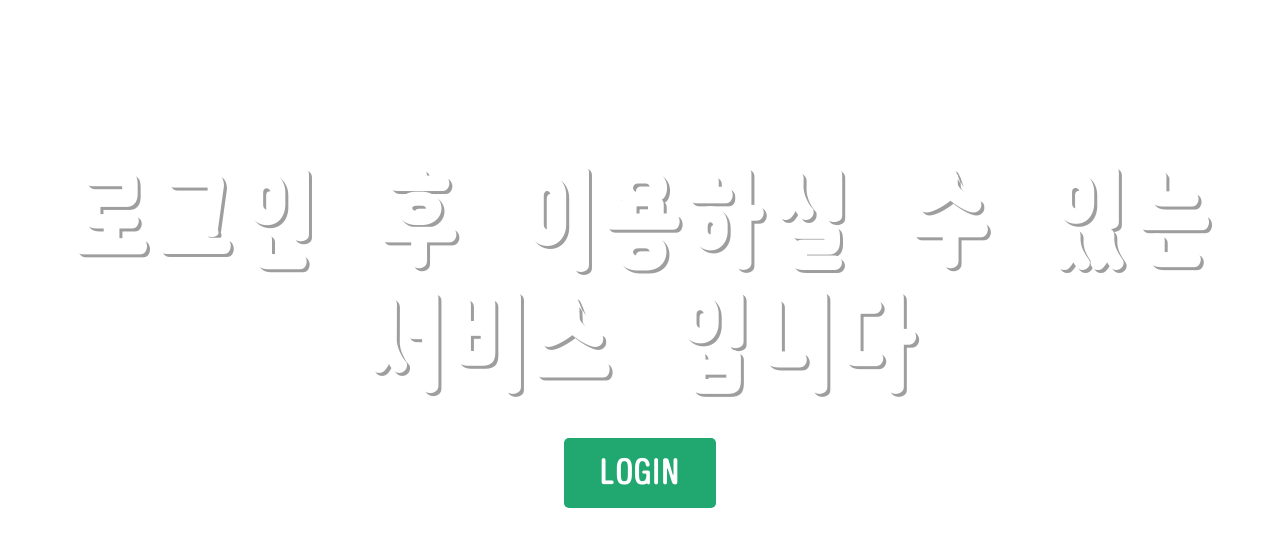
Repository: se-yoo/ChangeSeat
Page: http://localhost/ChangeSeat/infoNotMember.jsp
These files come from the project's save history. The page is drawn as it stood at one moment and after the next save; the edit follows.
The browser window is 1280 px wide. The pictures show the whole page.
The page is served by Tomcat 9.

Above is the page before, as saved 2018-06-26 02:52:00.

### ChangeSeat/WebContent/infoNotMember.jsp
<%@ page language="java" contentType="text/html; charset=UTF-8"
    pageEncoding="UTF-8"%>
<!DOCTYPE html>
<html>
<head>
<meta content="text/html; charset=UTF-8">
<title></title>
 <link rel="stylesheet" href="changeIndexStyle.css">
</head>
<body>
	<h2 class="header">로그인 후 이용하실 수 있는 서비스 입니다</h2>
	<a href="login.jsp"><button>LOGIN</button></a>
</body>

### ChangeSeat/WebContent/changeIndexStyle.css
@CHARSET "UTF-8";
@font-face{
	font-family:yangFont;
	src:url('yangfont05.ttf') format('truetype');
}
@font-face{
	font-family:Nanum;
	src:url('NanumBarunGothicLight.ttf') format('truetype');
}
body{
	text-align:center;
	font-size:1.1em;
}
#logout{
	font-family:Nanum;
}
#login{
	font-family:Nanum;
}
p{
	font-size:1.3em;
	line-height:2em;
	color:white;
}
span{
	font-weight:bold;
  	text-shadow: 1px 1px rgba(0, 0, 0, 0.38),2px 2px rgba(0, 0, 0, 0.38);
}
button{
	width:12%;
	height:2em;
	background-color:#21a770;
	color:white;
	font-family:yangFont;
	font-size:2em;
	border:0px;
	border-radius:5px;
}
button:hover{
	background-color:white;
	color:#21a770;
	box-shadow: 2px 2px 15px gray;
}
.header {
  font-family: yangFont;
  color:white;
  font-size:7em;
  margin-top:13%;
  margin-bottom:2%;
  text-align:center;
  cursor: default;
  transition: all .4s ease-in-out;
  text-shadow: 3px 3px rgba(0, 0, 0, 0.38);
}
.logoutLink:link, .logoutLink:active, .logoutLink:visited{
	color:#fffeef;
	text-decoration:none;
	font-size:0.9em;
}
.logoutLink:hover{
	text-decoration:underline;
	font-size:0.9em;
}

After the next save:
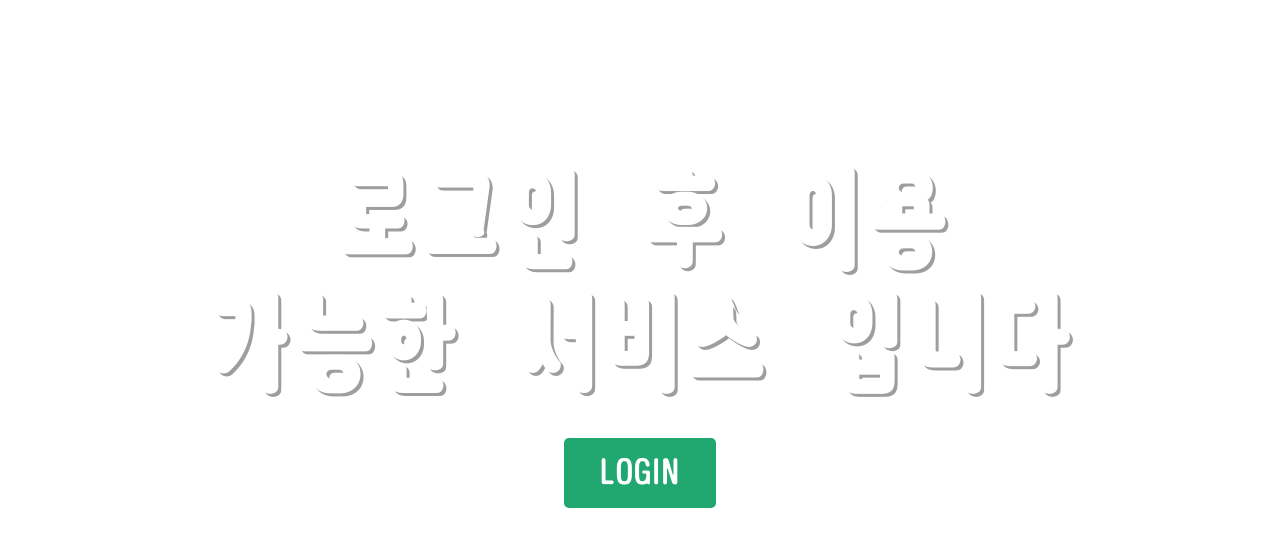
Saved 44 s later.
--- a/ChangeSeat/WebContent/infoNotMember.jsp
+++ b/ChangeSeat/WebContent/infoNotMember.jsp
@@ -8,6 +8,6 @@
  <link rel="stylesheet" href="changeIndexStyle.css">
 </head>
 <body>
-	<h2 class="header">로그인 후 이용하실 수 있는 서비스 입니다</h2>
+	<h2 class="header">로그인 후 이용 <br>가능한 서비스 입니다</h2>
 	<a href="login.jsp"><button>LOGIN</button></a>
 </body>
